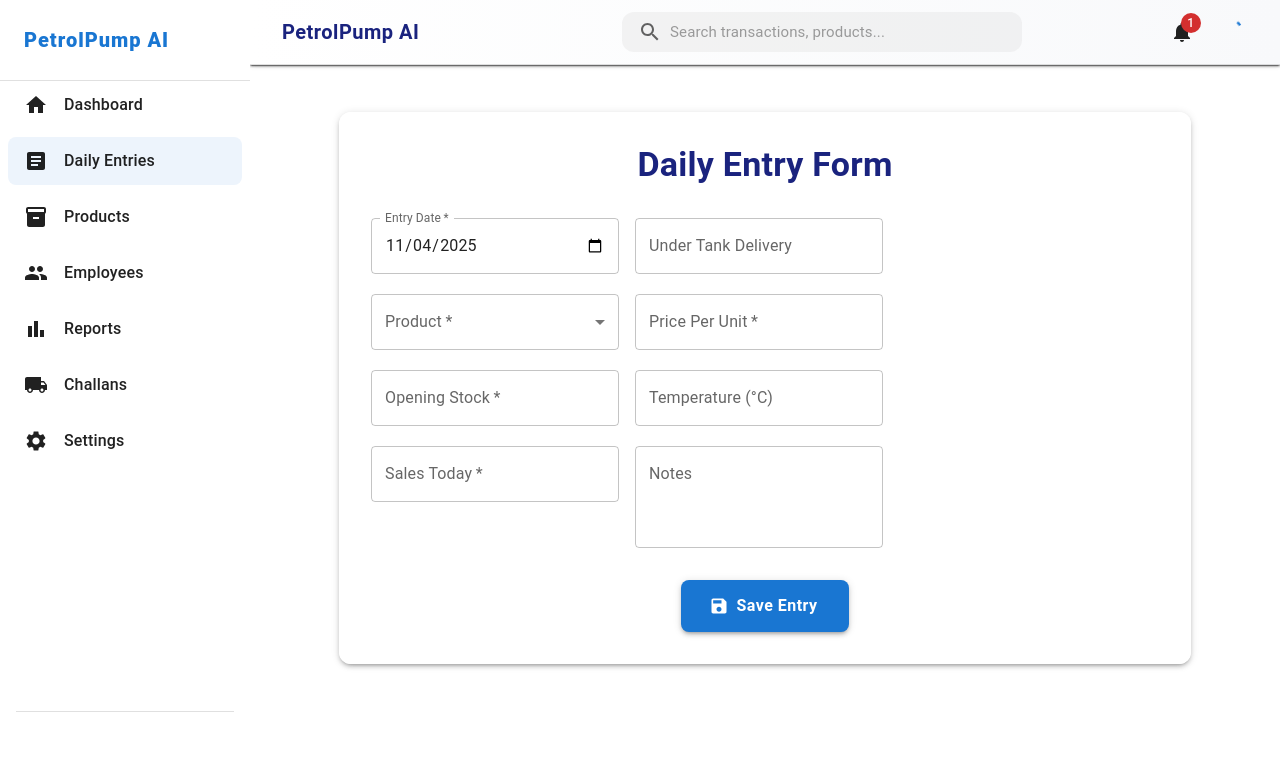
Repository: saquib0509/AI-Enabled-Retail-Management-
Page: /entries (app in frontend/)
An editor plug-in stored every save of this project. The page is shown before and after the next save, followed by the edit.
The browser window is 1280 px wide. The pictures show the whole page.
The page's requests for data from a server got no answer. The project was rebuilt for these pictures with package versions that can differ from the ones it lists, and the page was loaded fresh each time. No one was signed in, and anything a server would have sent is missing. Also part of the build but not shown: frontend/vite.config.ts, frontend/src/pages/Dashboard.tsx, frontend/src/components/EmployeeList.tsx, frontend/src/components/EmployeeForm.tsx, frontend/src/components/EmployeeAttendance.tsx, frontend/src/components/EmployeeSalary.tsx, frontend/src/pages/Employees.tsx, frontend/src/pages/Products.tsx and 10 more.

Above is the page before, as saved 2025-11-08 23:15:11.

### frontend/index.html
<!DOCTYPE html>
<html lang="en">
<head>
  <meta charset="UTF-8">
  <meta name="viewport" content="width=device-width, initial-scale=1.0">
  <title>Petrol Pump Management</title>
  <link rel="stylesheet" href="/src/styles.css">
</head>
<body>
  <div id="root"></div>
  <script type="module" src="/src/main.tsx"></script>
</body>
</html>

### frontend/src/styles.css
/* ===== Global CSS Variables (Design Tokens) ===== */
:root {
  --color-primary: #3763ff;
  --color-primary-hover: #2543c3;
  --color-primary-shadow: #e8f0fe;
  --color-accent: #13c39c;
  --color-bg: #f7f8fa;
  --color-bg-card: #fff;
  --color-bg-navbar: #fff;
  --color-border: #e5e7eb;
  --color-text: #1f2937;
  --color-text-soft: #6b7280;
  --color-text-inverse: #fff;
  --border-radius: 10px;
  --shadow-md: 0 2px 8px 0 rgba(16,30,54,0.06);
  --font-main: 'Inter', 'Segoe UI', Arial, sans-serif;
  --transition: 0.18s cubic-bezier(.4,0,.2,1);
}

@media (prefers-color-scheme: dark) {
  :root {
    --color-bg: #13141a;
    --color-bg-card: #181a20;
    --color-bg-navbar: #191a23;
    --color-primary-shadow: #122056;
    --color-border: #23263a;
    --color-text: #f6f7fa;
    --color-text-soft: #a3adc2;
  }
}

html {
  box-sizing: border-box;
  font-family: var(--font-main);
  font-size: 16px;
  -webkit-font-smoothing: antialiased;
  background: var(--color-bg);
  color: var(--color-text);
}
*, *:before, *:after {
  box-sizing: inherit;
}
body {
  background: var(--color-bg);
  color: var(--color-text);
  min-height: 100vh;
  margin: 0;
  line-height: 1.6;
  transition: background var(--transition), color var(--transition);
  font-size: 1rem;
}

/* Layout */
.container {
  width: 100%;
  max-width: 1200px;
  margin: 0 auto;
  padding: 0 20px;
}

/* Typography */
h1, h2, h3, h4, h5, h6 {
  margin-bottom: 1rem;
  line-height: 1.2;
}

h1 { font-size: 2.5rem; }
h2 { font-size: 2rem; }
h3 { font-size: 1.75rem; }
h4 { font-size: 1.5rem; }
h5 { font-size: 1.25rem; }
h6 { font-size: 1rem; }

p {
  margin-bottom: 1rem;
}

a {
  color: #1976d2;
  text-decoration: none;
}

a:hover {
  text-decoration: underline;
}

/* Buttons */
button, .btn {
  display: inline-block;
  background: #1976d2;
  color: white;
  border: none;
  padding: 0.5rem 1rem;
  border-radius: 4px;
  cursor: pointer;
  font-size: 1rem;
  transition: background-color 0.3s;
}

button:hover, .btn:hover {
  background: #1565c0;
}

/* Forms */
input, select, textarea {
  width: 100%;
  padding: 0.5rem;
  margin-bottom: 1rem;
  border: 1px solid #ddd;
  border-radius: 4px;
  font-size: 1rem;
}

label {
  display: block;
  margin-bottom: 0.5rem;
  font-weight: 500;
}

/* Utility classes */
.mt-1 { margin-top: 0.5rem; }
.mt-2 { margin-top: 1rem; }
.mt-3 { margin-top: 1.5rem; }
.mt-4 { margin-top: 2rem; }

.mb-1 { margin-bottom: 0.5rem; }
.mb-2 { margin-bottom: 1rem; }
.mb-3 { margin-bottom: 1.5rem; }
.mb-4 { margin-bottom: 2rem; }

.text-center { text-align: center; }
.text-right { text-align: right; }

/* Responsive */
@media (max-width: 768px) {
  .container {
    padding: 0 15px;
  }

  h1 { font-size: 2rem; }
  h2 { font-size: 1.75rem; }
  h3 { font-size: 1.5rem; }
}

/* Utility classes */
.responsive-grid {
  display: grid;
  gap: 1.4rem;
  grid-template-columns: 1fr;
}
@media (min-width: 600px) {
  .responsive-grid {
    grid-template-columns: 1fr 1fr;
  }
}
@media (min-width: 980px) {
  .responsive-grid {
    grid-template-columns: 1fr 1fr 1fr;
  }
}

/* Modern Card Form Styles */
.modern-card-form {
  background: var(--color-bg-card);
  box-shadow: var(--shadow-md);
  border-radius: var(--border-radius);
  padding: 2rem 2rem 1.7rem 2rem;
  display: flex;
  flex-direction: column;
  gap: 1.2rem;
  width: 100%;
  max-width: 380px;
  margin: 1.7rem auto 0 auto;
  border: 1px solid var(--color-border);
}
.modern-card-form label {
  text-align: left;
  font-size: 1rem;
  font-weight: 500;
  color: var(--color-text);
  letter-spacing: 0.01em;
}
.modern-card-form input,
.modern-card-form select,
.modern-card-form textarea {
  margin-top: 0.32rem;
  padding: 0.55rem 0.8rem;
  border: 1px solid var(--color-border);
  border-radius: var(--border-radius);
  background: var(--color-bg);
  color: var(--color-text);
  font-size: 1rem;
  transition: border-color var(--transition), background var(--transition), color var(--transition);
}
.modern-card-form input:focus,
.modern-card-form select:focus,
.modern-card-form textarea:focus {
  border-color: var(--color-primary);
  outline: none;
  background: var(--color-primary-shadow);
}
.modern-card-form button[type=submit] {
  margin-top: 0.66rem;
}

### frontend/src/main.tsx
import { StrictMode } from 'react';
import { createRoot } from 'react-dom/client';
import { BrowserRouter } from 'react-router-dom';
import { AppProvider } from './context/AppContext';
import App from './App';
import './styles.css';

// Initialize the application
const container = document.getElementById('root');

if (!container) {
  throw new Error("Failed to find the root element");
}

const root = createRoot(container);

root.render(
  <StrictMode>
    <BrowserRouter>
      <AppProvider>
        <App />
      </AppProvider>
    </BrowserRouter>
  </StrictMode>
);

### frontend/src/App.tsx
import { Routes, Route } from 'react-router-dom';
import Layout from './components/layout/Layout';
import Dashboard from './pages/Dashboard';
import DailyEntryForm from './components/DailyEntryForm';
import Employees from "./pages/Employees";
import Products from "./pages/Products";
import Settings from "./pages/Settings";
import Challans from "./pages/Challans";
import Reports from "./pages/Reports";



const App = () => {
  return (
    <div className="app-container">
      <Routes>
        <Route path="/" element={<Layout />}>
          <Route index element={<Dashboard />} />
          <Route path="entries" element={<DailyEntryForm />} />
          <Route path="products" element={<Products />} />
          <Route path="employees" element={<Employees />} />
          <Route path="reports" element={<Reports />} />
          <Route path="settings" element={<Settings />} />
          <Route path="challans" element={<Challans />} />
        </Route>
      </Routes>
    </div>
  );
};

export default App;

### frontend/src/components/layout/Layout.tsx
import { useState } from 'react';
import { Outlet } from 'react-router-dom';
import { Box, CssBaseline, AppBar, Toolbar, useTheme, useMediaQuery } from '@mui/material';
import Sidebar from './Sidebar';
import Navbar from './Navbar';

const drawerWidth = 250;

export default function Layout() {
  const [mobileOpen, setMobileOpen] = useState(false);
  const theme = useTheme();
  const isDesktop = useMediaQuery(theme.breakpoints.up('md'));

  const handleDrawerToggle = () => {
    setMobileOpen(!mobileOpen);
  };

  return (
    <Box sx={{ display: 'flex', minHeight: '100vh', bgcolor: 'background.default', color: 'text.primary' }}>
      <CssBaseline />
      {/* AppBar */}
      <AppBar
        position="fixed"
        sx={{
          width: { md: `calc(100% - ${drawerWidth}px)` },
          ml: { md: `${drawerWidth}px` },
          bgcolor: 'background.paper',
          color: 'text.primary',
          boxShadow: 2
        }}
        elevation={isDesktop ? 1 : 4}
      >
        <Toolbar variant="dense" disableGutters>
          <Navbar onMenuClick={handleDrawerToggle} />
        </Toolbar>
      </AppBar>
      {/* Drawer/Sidebar */}
      <Sidebar
        variant={isDesktop ? 'permanent' : 'temporary'}
        open={isDesktop ? true : mobileOpen}
        onClose={handleDrawerToggle}
        drawerWidth={drawerWidth}
      />
      {/* Main Content */}
      <Box
        component="main"
        sx={{
          flexGrow: 1,
          p: { xs: 2, sm: 3, md: 4 },
          width: { xs: '100%', md: `calc(100% - ${drawerWidth}px)` },
          mt: 6,
          minHeight: '100vh',
        }}
      >
        <Outlet />
      </Box>
    </Box>
  );
}

### frontend/src/components/DailyEntryForm.tsx
import React, { useState, useEffect, ChangeEvent, FormEvent } from "react";
import {
  Box,
  TextField,
  Select,
  MenuItem,
  Button,
  Typography,
  Paper,
  InputLabel,
  FormControl,
  Grid,
  Container,
} from "@mui/material";
import SaveIcon from "@mui/icons-material/Save";
import api from "../services/api";

interface Product {
  id: number;
  name: string;
  unit: string;
}

interface DailyEntryData {
  entryDate: string;
  productId: number | "";
  openingStock: number | "";
  salesToday: number | "";
  underTankDelivery: number | "";
  pricePerUnit: number | "";
  temperature: number | "";
  notes: string;
}

const DailyEntryForm: React.FC = () => {
  const [products, setProducts] = useState<Product[]>([]);
  const [loading, setLoading] = useState(false);
  const [formData, setFormData] = useState<DailyEntryData>({
    entryDate: new Date().toISOString().slice(0, 10),
    productId: "",
    openingStock: "",
    salesToday: "",
    underTankDelivery: "",
    pricePerUnit: "",
    temperature: "",
    notes: "",
  });

  useEffect(() => {
    api
      .get<Product[]>("/products")
      .then((res) => setProducts(res.data))
      .catch(() => alert("Could not fetch products"));
  }, []);

  const handleChange = (
    e: ChangeEvent<HTMLInputElement | HTMLTextAreaElement | { name?: string; value: unknown }>
  ) => {
    const { name, value } = e.target;
    if (!name) return;
    setFormData((prev) => ({
      ...prev,
      [name]:
        name === "productId" && value !== ""
          ? Number(value)
          : ["openingStock", "salesToday", "underTankDelivery", "pricePerUnit", "temperature"].includes(name) &&
            value !== ""
          ? Number(value)
          : value,
    }));
  };

  const handleSubmit = (e: FormEvent) => {
    e.preventDefault();
    setLoading(true);
    api
      .post("/daily-entries", formData)
      .then(() => {
        alert("✓ Entry saved successfully!");
        setFormData({
          entryDate: new Date().toISOString().slice(0, 10),
          productId: "",
          openingStock: "",
          salesToday: "",
          underTankDelivery: "",
          pricePerUnit: "",
          temperature: "",
          notes: "",
        });
      })
      .catch((err) =>
        alert("Failed: " + (err.response?.data?.error || err.message))
      )
      .finally(() => setLoading(false));
  };

  return (
    <Container maxWidth="md" sx={{ py: 4 }}>
      <Paper
        elevation={3}
        sx={{
          p: 4,
          borderRadius: 3,
          background: "linear-gradient(135deg,rgb(255, 255, 255) 0%,rgb(255, 255, 255) 100%)",
        }}
      >
        <Typography
          variant="h4"
          align="center"
          gutterBottom
          sx={{ fontWeight: 700, color: "#1a237e", mb: 4 }}
        >
          Daily Entry Form
        </Typography>

        <Box
          component="form"
          onSubmit={handleSubmit}
        >
          {/* Grid Layout - 2 Columns */}
          <Grid container spacing={2}>
            {/* Column 1 - Left Side */}
            <Grid item xs={12} sm={12}>
              <Box sx={{ display: "flex", flexDirection: "column", gap: 2.5 }}>
                {/* Entry Date */}
                <TextField
                  fullWidth
                  label="Entry Date"
                  type="date"
                  name="entryDate"
                  value={formData.entryDate}
                  onChange={handleChange}
                  InputLabelProps={{ shrink: true }}
                  required
                  variant="outlined"
                />

                {/* Product */}
                <FormControl fullWidth required>
                  <InputLabel>Product</InputLabel>
                  <Select
                    name="productId"
                    value={formData.productId}
                    label="Product"
                    onChange={handleChange}
                  >
                    <MenuItem value="">Select Product</MenuItem>
                    {products.map((p) => (
                      <MenuItem key={p.id} value={p.id}>
                        {p.name} ({p.unit})
                      </MenuItem>
                    ))}
                  </Select>
                </FormControl>

                {/* Opening Stock */}
                <TextField
                  fullWidth
                  label="Opening Stock"
                  name="openingStock"
                  type="number"
                  value={formData.openingStock}
                  onChange={handleChange}
                  required
                  variant="outlined"
                />

                {/* Sales Today */}
                <TextField
                  fullWidth
                  label="Sales Today"
                  name="salesToday"
                  type="number"
                  value={formData.salesToday}
                  onChange={handleChange}
                  required
                  variant="outlined"
                />
              </Box>
            </Grid>

            {/* Column 2 - Right Side */}
            <Grid item xs={12} sm={1}>
              <Box sx={{ display: "flex", flexDirection: "column", gap: 2.5 }}>
                {/* Under Tank Delivery */}
                <TextField
                  fullWidth
                  label="Under Tank Delivery"
                  name="underTankDelivery"
                  type="number"
                  value={formData.underTankDelivery}
                  onChange={handleChange}
                  variant="outlined"
                />

                {/* Price Per Unit */}
                <TextField
                  fullWidth
                  label="Price Per Unit"
                  name="pricePerUnit"
                  type="number"
                  value={formData.pricePerUnit}
                  onChange={handleChange}
                  required
                  variant="outlined"
                />

                {/* Temperature */}
                <TextField
                  fullWidth
                  label="Temperature (°C)"
                  name="temperature"
                  type="number"
                  value={formData.temperature}
                  onChange={handleChange}
                  variant="outlined"
                />

                {/* Notes */}
                <TextField
                  fullWidth
                  label="Notes"
                  name="notes"
                  multiline
                  rows={3}
                  value={formData.notes}
                  onChange={handleChange}
                  variant="outlined"
                  placeholder="Add any additional notes..."
                />
              </Box>
            </Grid>
          </Grid>

          {/* Submit Button */}
          <Box sx={{ display: "flex", justifyContent: "center", mt: 4 }}>
            <Button
              type="submit"
              variant="contained"
              color="primary"
              startIcon={<SaveIcon />}
              disabled={loading}
              sx={{
                px: 4,
                py: 1.5,
                fontWeight: 600,
                borderRadius: 2,
                textTransform: "none",
                fontSize: "1rem",
                boxShadow: 3,
                "&:hover": {
                  boxShadow: 6,
                },
              }}
            >
              {loading ? "Saving..." : " Save Entry"}
            </Button>
          </Box>
        </Box>
      </Paper>
    </Container>
  );
};

export default DailyEntryForm;

### frontend/src/services/api.ts
import axios from "axios";

const api = axios.create({
  baseURL: "http://localhost:8080/api",
  headers: {
    'Content-Type': 'application/json',
  },
});

export default api;

Loaded but not shown: frontend/src/context/AppContext.tsx (287 lines, source omitted); frontend/src/components/layout/Navbar.tsx (229 lines, source omitted); frontend/src/components/layout/Sidebar.tsx (149 lines, source omitted)

After the next save:
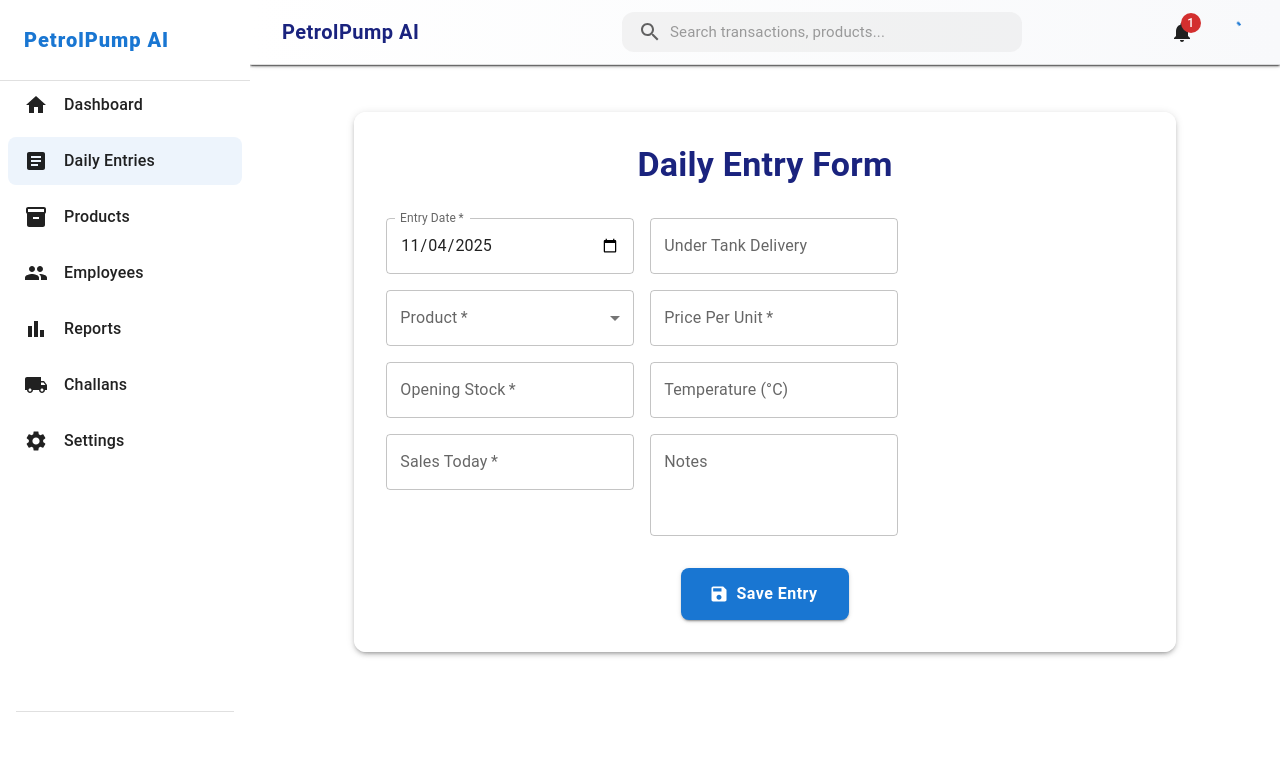
Saved 9 min 42 s later.
--- a/frontend/src/components/DailyEntryForm.tsx
+++ b/frontend/src/components/DailyEntryForm.tsx
@@ -54,7 +54,9 @@ const DailyEntryForm: React.FC = () => {
   }, []);
 
   const handleChange = (
-    e: ChangeEvent<HTMLInputElement | HTMLTextAreaElement | { name?: string; value: unknown }>
+    e: ChangeEvent<
+      HTMLInputElement | HTMLTextAreaElement | { name?: string; value: unknown }
+    >
   ) => {
     const { name, value } = e.target;
     if (!name) return;
@@ -76,7 +78,7 @@ const DailyEntryForm: React.FC = () => {
     api
       .post("/daily-entries", formData)
       .then(() => {
-        alert("✓ Entry saved successfully!");
+        alert("Entry saved successfully!");
         setFormData({
           entryDate: new Date().toISOString().slice(0, 10),
           productId: "",
@@ -95,13 +97,17 @@ const DailyEntryForm: React.FC = () => {
   };
 
   return (
-    <Container maxWidth="md" sx={{ py: 4 }}>
+    <Container
+      maxWidth={false} // 🔹 removed width limit
+      sx={{ py: 4, width: "90%" }} // 🔹 made container wider
+    >
       <Paper
         elevation={3}
         sx={{
           p: 4,
           borderRadius: 3,
-          background: "linear-gradient(135deg,rgb(255, 255, 255) 0%,rgb(255, 255, 255) 100%)",
+          background:
+            "linear-gradient(135deg, #ffffff 0%, #ffffff 100%)",
         }}
       >
         <Typography
@@ -113,16 +119,12 @@ const DailyEntryForm: React.FC = () => {
           Daily Entry Form
         </Typography>
 
-        <Box
-          component="form"
-          onSubmit={handleSubmit}
-        >
+        <Box component="form" onSubmit={handleSubmit}>
           {/* Grid Layout - 2 Columns */}
           <Grid container spacing={2}>
-            {/* Column 1 - Left Side */}
-            <Grid item xs={12} sm={12}>
-              <Box sx={{ display: "flex", flexDirection: "column", gap: 2.5 }}>
-                {/* Entry Date */}
+            {/* Column 1 */}
+            <Grid item xs={12} md={6}> {/* 🔹 Changed sm={6} → md={6} */}
+              <Box sx={{ display: "flex", flexDirection: "column", gap: 2 }}>
                 <TextField
                   fullWidth
                   label="Entry Date"
@@ -132,10 +134,8 @@ const DailyEntryForm: React.FC = () => {
                   onChange={handleChange}
                   InputLabelProps={{ shrink: true }}
                   required
-                  variant="outlined"
-                />
-
-                {/* Product */}
+                />
+
                 <FormControl fullWidth required>
                   <InputLabel>Product</InputLabel>
                   <Select
@@ -153,7 +153,6 @@ const DailyEntryForm: React.FC = () => {
                   </Select>
                 </FormControl>
 
-                {/* Opening Stock */}
                 <TextField
                   fullWidth
                   label="Opening Stock"
@@ -162,10 +161,8 @@ const DailyEntryForm: React.FC = () => {
                   value={formData.openingStock}
                   onChange={handleChange}
                   required
-                  variant="outlined"
-                />
-
-                {/* Sales Today */}
+                />
+
                 <TextField
                   fullWidth
                   label="Sales Today"
@@ -174,15 +171,13 @@ const DailyEntryForm: React.FC = () => {
                   value={formData.salesToday}
                   onChange={handleChange}
                   required
-                  variant="outlined"
                 />
               </Box>
             </Grid>
 
-            {/* Column 2 - Right Side */}
-            <Grid item xs={12} sm={1}>
-              <Box sx={{ display: "flex", flexDirection: "column", gap: 2.5 }}>
-                {/* Under Tank Delivery */}
+            {/* Column 2 */}
+            <Grid item xs={12} md={6}> {/* 🔹 Changed sm={6} → md={6} */}
+              <Box sx={{ display: "flex", flexDirection: "column", gap: 2 }}>
                 <TextField
                   fullWidth
                   label="Under Tank Delivery"
@@ -190,10 +185,8 @@ const DailyEntryForm: React.FC = () => {
                   type="number"
                   value={formData.underTankDelivery}
                   onChange={handleChange}
-                  variant="outlined"
-                />
-
-                {/* Price Per Unit */}
+                />
+
                 <TextField
                   fullWidth
                   label="Price Per Unit"
@@ -202,10 +195,8 @@ const DailyEntryForm: React.FC = () => {
                   value={formData.pricePerUnit}
                   onChange={handleChange}
                   required
-                  variant="outlined"
-                />
-
-                {/* Temperature */}
+                />
+
                 <TextField
                   fullWidth
                   label="Temperature (°C)"
@@ -213,10 +204,8 @@ const DailyEntryForm: React.FC = () => {
                   type="number"
                   value={formData.temperature}
                   onChange={handleChange}
-                  variant="outlined"
-                />
-
-                {/* Notes */}
+                />
+
                 <TextField
                   fullWidth
                   label="Notes"
@@ -225,7 +214,6 @@ const DailyEntryForm: React.FC = () => {
                   rows={3}
                   value={formData.notes}
                   onChange={handleChange}
-                  variant="outlined"
                   placeholder="Add any additional notes..."
                 />
               </Box>
@@ -247,13 +235,9 @@ const DailyEntryForm: React.FC = () => {
                 borderRadius: 2,
                 textTransform: "none",
                 fontSize: "1rem",
-                boxShadow: 3,
-                "&:hover": {
-                  boxShadow: 6,
-                },
               }}
             >
-              {loading ? "Saving..." : " Save Entry"}
+              {loading ? "Saving..." : "Save Entry"}
             </Button>
           </Box>
         </Box>
